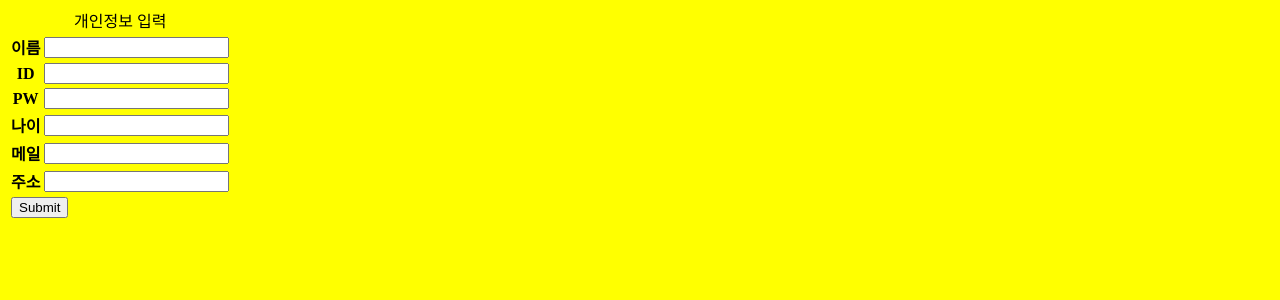
Repository: AsnemBlue/spring_Note
Page: http://localhost/ch10_formdata/
An editor plug-in stored every save of this project. The page is shown before and after the next save, followed by the edit.
The browser window is 1280 px wide. The pictures show the whole page.
The page is served by Tomcat 9.

Above is the page before, as saved 2020-03-30 02:10:17.

After the next save:
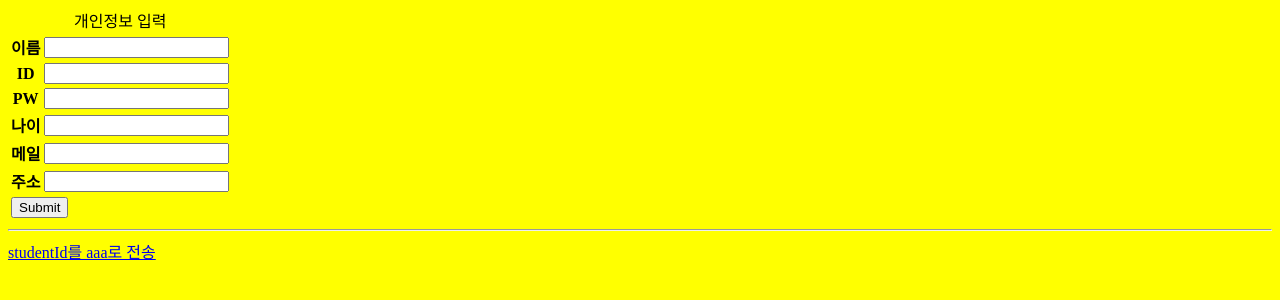
Saved 107 s later.
--- a/ch10_formdata/src/main/webapp/WEB-INF/views/input.jsp
+++ b/ch10_formdata/src/main/webapp/WEB-INF/views/input.jsp
@@ -22,5 +22,7 @@
 			<tr><td colspan="2"><input type="submit"></td></tr>
 		</table>
 	</form>
+	<hr>
+	<a href="${conPath }/studentId/aaa">studentId를 aaa로 전송</a>
 </body>
 </html>
